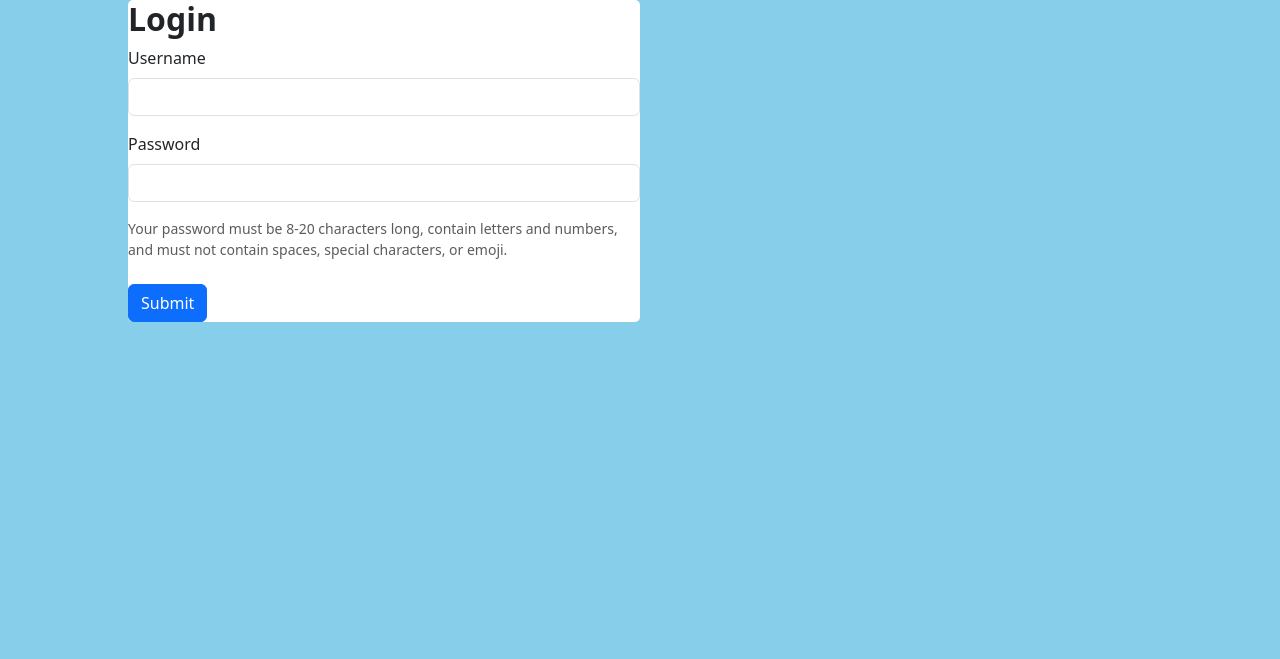
Repository: sarathraj2002/todo-list
Page: login.html
An editor plug-in stored every save of this project. The page is shown before and after a run of saves, followed by the edit.
The browser window is 1280 px wide. The pictures show the whole page.

Above is the page before, as saved 2024-09-05 11:12:45.

### login.html
<!DOCTYPE html>
<html lang="en">
<head>
    <meta charset="UTF-8">
    <meta name="viewport" content="width=device-width, initial-scale=1.0">
    <title>login</title>
    <link rel="stylesheet" href="bootstrap.min.css">
    <link rel="stylesheet" href="style.css">
</head>
<body>

    <form class="form">
        <h2><b>Login</b></h2>
        <div class="mb-3">
          <label for="exampleInputUsername1" class="form-label">Username</label>
          <input type="test" class="form-control" id="username" >

        </div>
        <div class="mb-3 ">
          <label for="exampleInputPassword1" class="form-label">Password</label>
          <input type="password" class="form-control" id="password">
        </div>
        <div id="passwordHelpBlock" class="form-text">
            Your password must be 8-20 characters long, contain letters and numbers, and must not contain spaces, special characters, or emoji.
          </div>
          <br>

        <button type="submit" class="btn btn-primary">Submit</button>
      </form>

    <script src="script.js"></script>
</body>
</html>

### style.css
body{
    background-color: skyblue;
    background-size: cover;
}
.container{
    height: 100px;
    padding-top: 10%;

}
.form{
    height: 100%;
    width: 40%;
    border-color:black;
    margin-left: 10%;
    border-radius: 5px;
    background-color: white;
}

Loaded but not shown: bootstrap.min.css (library); script.js (no stored copy; drawn as an empty file)

After the next 4 saves:
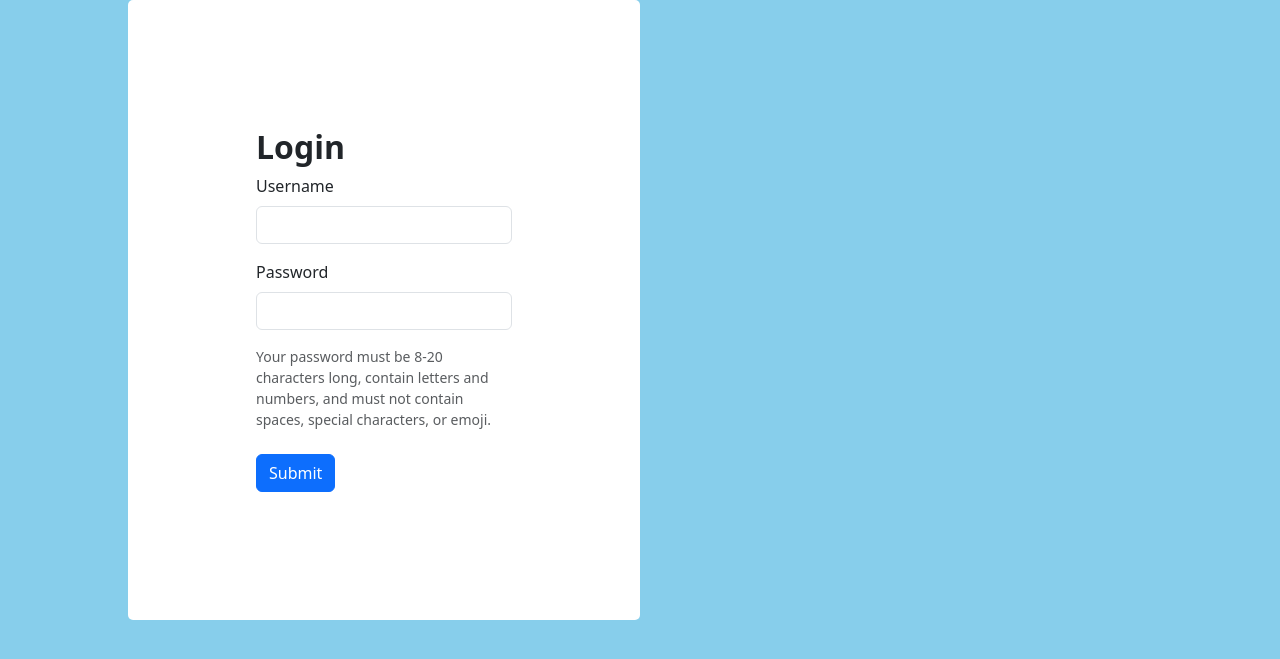
The 4 saves are shown as one change because they came seconds apart.
The last was saved 15 s later.
--- a/style.css
+++ b/style.css
@@ -10,6 +10,7 @@ body{
 .form{
     height: 100%;
     width: 40%;
+    padding: 10%;
     border-color:black;
     margin-left: 10%;
     border-radius: 5px;
